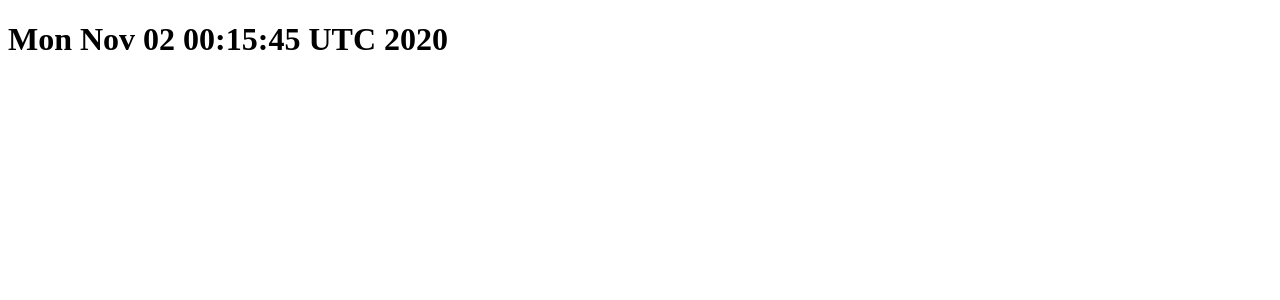
Repository: jjungee/DDIT-JSP
Page: http://localhost/JSP_JSTL/fmt/dateFormat.jsp
An editor plug-in stored every save of this project. The page is shown before and after the next save, followed by the edit.
The browser window is 1280 px wide. The pictures show the whole page.
The page is served by Tomcat 9.

Above is the page before, as saved 2020-11-04 02:30:46.

### JSP_JSTL/WebContent/fmt/dateFormat.jsp
<%@ page import="java.util.Date" %>
<%@ page language="java" contentType="text/html; charset=UTF-8"
    pageEncoding="UTF-8"%>
<%@ page trimDirectiveWhitespaces="true"%>
<%@ taglib prefix="fmt" uri="http://java.sun.com/jsp/jstl/fmt" %>
<%@ taglib prefix="c" uri="http://java.sun.com/jsp/jstl/core" %>

<c:set var="today" value="<%=new Date() %>"/>

<!DOCTYPE html>
<html>
	<head>
		<meta charset="UTF-8">
		<title></title>
	</head>

	<body>
		<h1><fmt:formatDate value=""/> ${today }</h1> <!-- 대문자 D는 요일  HH는 24시간 형식 hh는 12시간 형식-->
	</body>
</html>

After the next save:
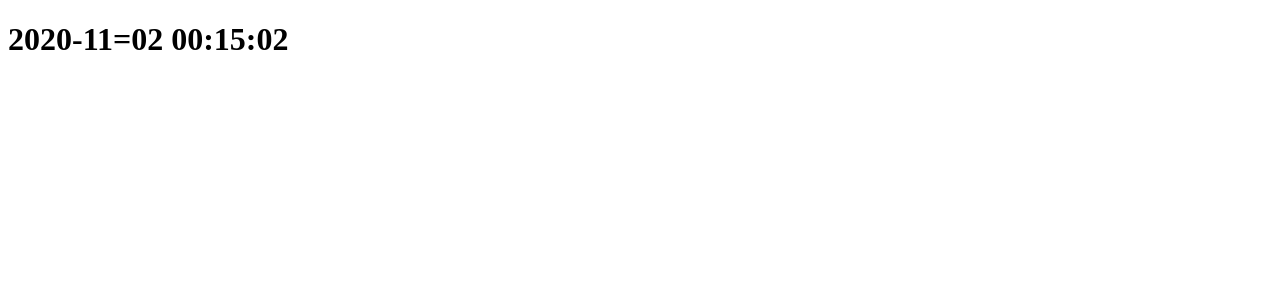
Saved 80 s later.
--- a/JSP_JSTL/WebContent/fmt/dateFormat.jsp
+++ b/JSP_JSTL/WebContent/fmt/dateFormat.jsp
@@ -15,6 +15,6 @@
 	</head>
 
 	<body>
-		<h1><fmt:formatDate value=""/> ${today }</h1> <!-- 대문자 D는 요일  HH는 24시간 형식 hh는 12시간 형식-->
+		<h1><fmt:formatDate value="${today }" pattern="yyyy-MM=dd HH:mm:dd"/> </h1> <!-- 대문자 D는 요일  HH는 24시간 형식 hh는 12시간 형식-->
 	</body>
 </html>
